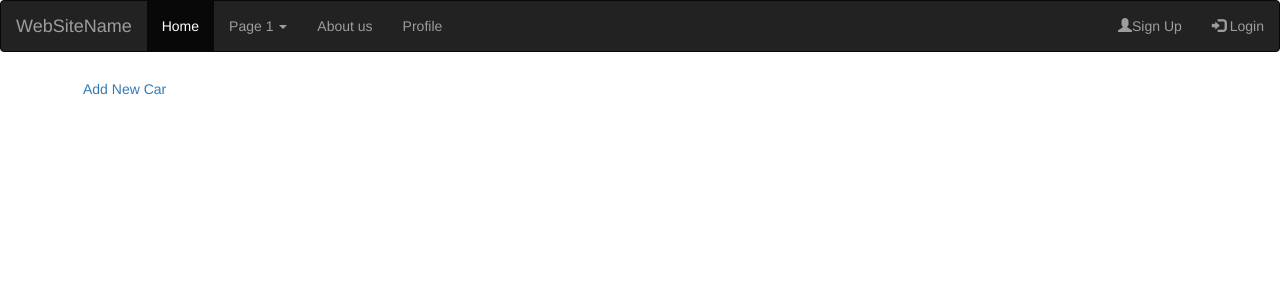
Repository: Ahmad-hamdan98/Java_Project
Page: http://localhost/javaproject/WIB-INF/ShowAll.jsp
An editor plug-in stored every save of this project. The page is shown before and after the next save, followed by the edit.
The browser window is 1280 px wide. The pictures show the whole page.
The page is served by Tomcat 9.

Above is the page before, as saved 2022-11-19 17:22:48.

After the next save:
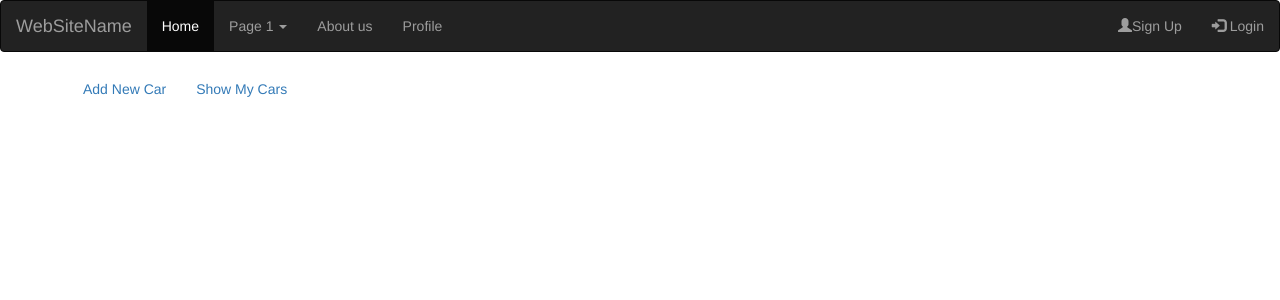
Saved 39 s later.
--- a/atfirst/javaproject/src/main/webapp/WIB-INF/ShowAll.jsp
+++ b/atfirst/javaproject/src/main/webapp/WIB-INF/ShowAll.jsp
@@ -59,6 +59,7 @@
   <%-- <h1>Welcome ${user.userName}</h1>  --%>
 
   <a href="/newcar" class="btn btn-secondary">Add New Car</a>
+  <a href="/showcar" class="btn btn-secondary">Show My Cars</a>
 
 
 
